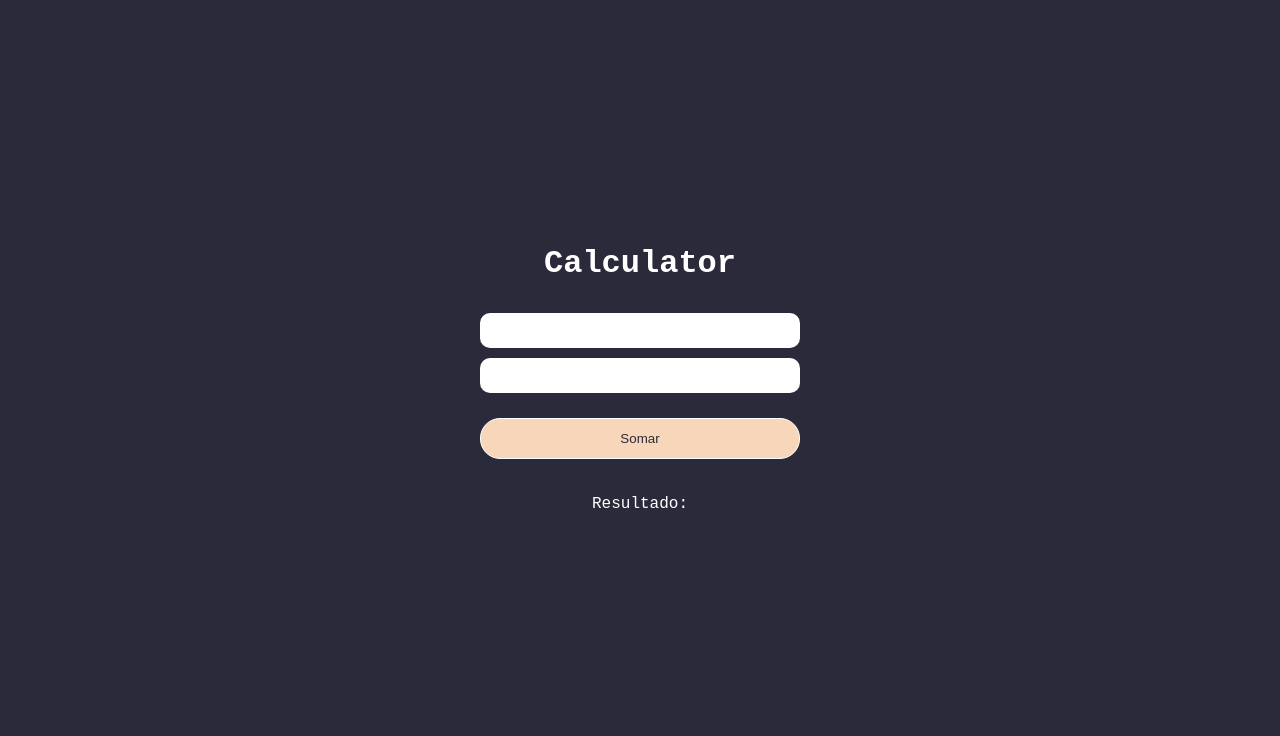
Repository: MilenaMelo/test-calculator-selenium
Page: calculadora.html
These files come from the project's save history. The page is drawn as it stood at one moment and after the next save; the edit follows.
The browser window is 1280 px wide. The pictures show the whole page.

Above is the page before, as saved 2021-04-29 17:35:04.

### calculadora.html
<!DOCTYPE html>
<html lang="pt" xmlns="http://www.w3.org/1999/xhtml">
    <head>
        <link rel="stylesheet" href="style.css">
        <meta charset="UTF-8">
        <title>Calculator</title>
    </head>
    <body>
        <h1>Calculator</h1>
        <input type='number' id="one" name="one" value=''>
        <input type='number' id="two" name="two" value=''>
        <button id="soma" onclick="soma()"> Somar </button>
        <br />
        <br />
        Resultado:
        <span id="result"></span>

        <script type="text/javascript">
            var result = 0;
            function soma (event) {
                let one = document.querySelector('#one').value;
                let two = document.querySelector('#two').value;
                result = Number(one) + Number(two);

                document.querySelector('#result').innerHTML = result;
            }

        </script>
    </body>
</html>

### style.css
body {
    height: 100vh;
    display: grid;
    place-content: center;
    justify-items: center;
    text-align: center;
    background-color: #2B2A3A;
    color: #ffffff;
    font-family: monospace;
    font-size: 16px;
    overflow-y: hidden;
}

input {
    all: unset;
    width: 20rem;
    height: 35px;
    border: #FFF;
    box-sizing: border-box;
    border-radius: 10px;
    background-color: #ffffff;
    margin-top: 10px;
    color: #2B2A3A;
    font-weight: 800;
}

button {
    width: 320px;
    border: 1px solid #ffffff;
    box-sizing: border-box;
    border-radius: 20px;
    color: #2B2A3A;
    padding: 12px 24px;
    background-color: #F8D6BA;
    margin-top: 25px;
}

button:hover {
    background-color: #FF6160;
    cursor: pointer;
    color: #ffffff;
}

After the next save:
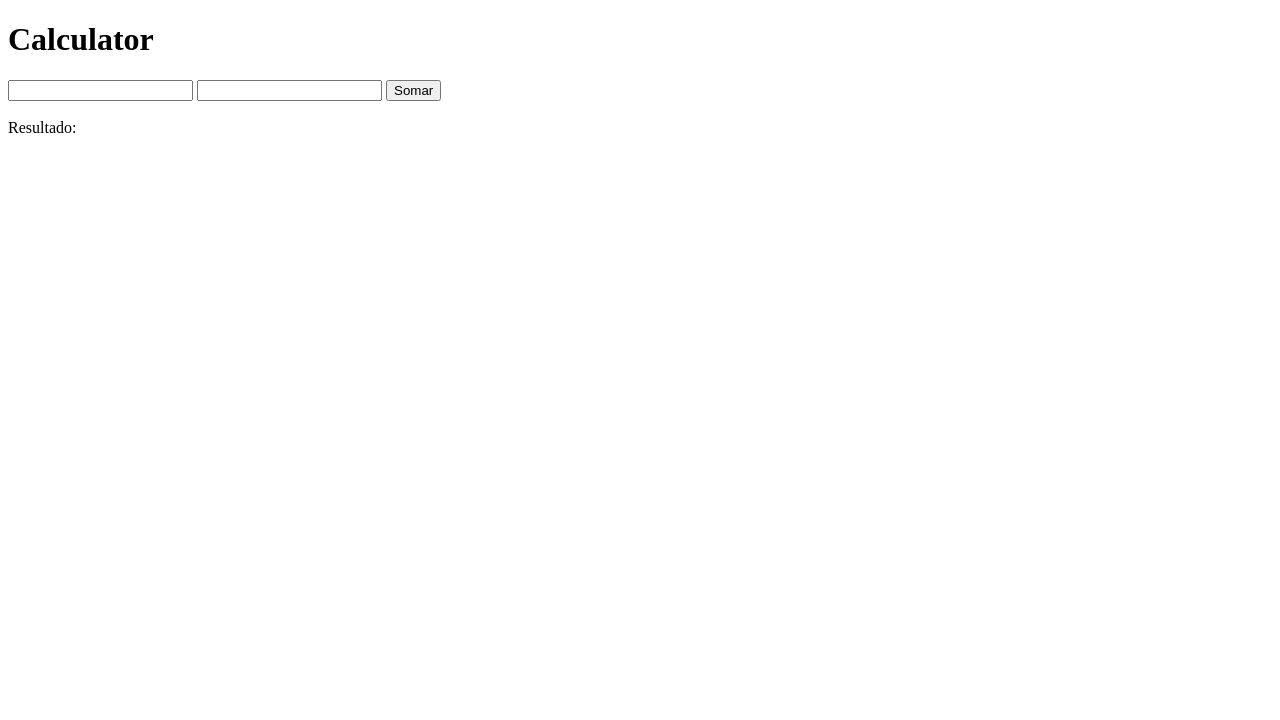
Saved 2 min 21 s later.
--- a/calculadora.html
+++ b/calculadora.html
@@ -1,7 +1,7 @@
 <!DOCTYPE html>
 <html lang="pt" xmlns="http://www.w3.org/1999/xhtml">
     <head>
-        <link rel="stylesheet" href="style.css">
+        <!-- <link rel="stylesheet" href="style.css"> -->
         <meta charset="UTF-8">
         <title>Calculator</title>
     </head>

After the save that followed:
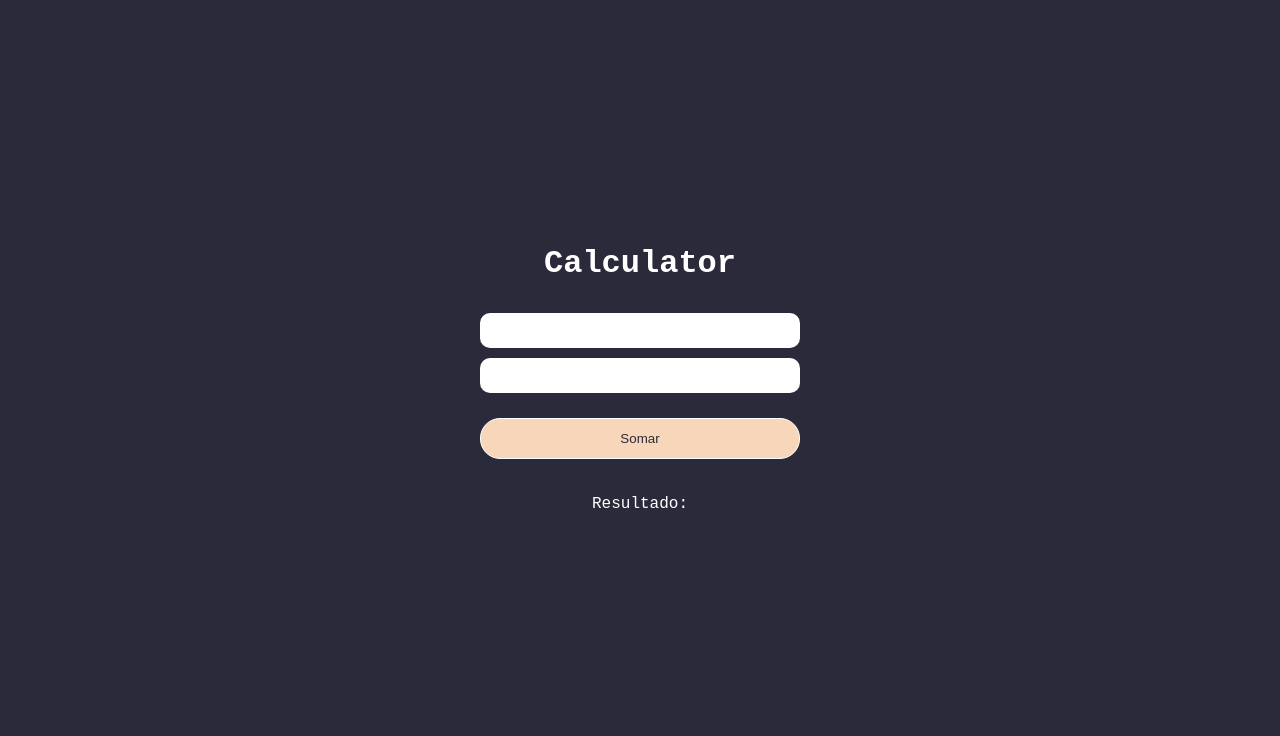
Saved 15 s later.
--- a/calculadora.html
+++ b/calculadora.html
@@ -1,7 +1,7 @@
 <!DOCTYPE html>
 <html lang="pt" xmlns="http://www.w3.org/1999/xhtml">
     <head>
-        <!-- <link rel="stylesheet" href="style.css"> -->
+        <link rel="stylesheet" href="style.css">
         <meta charset="UTF-8">
         <title>Calculator</title>
     </head>
